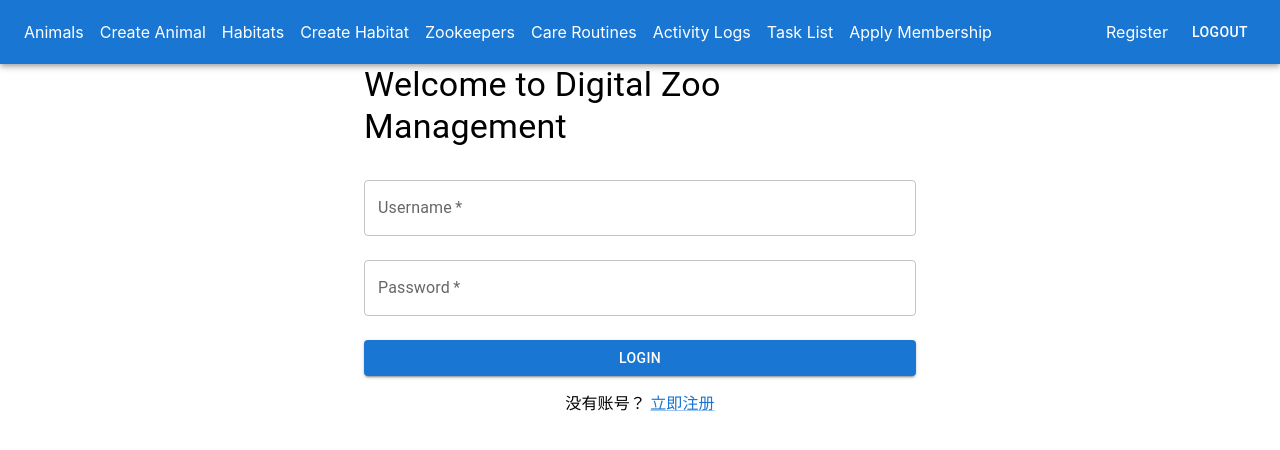
Repository: maomao7788/Digital-Zoo-Management1
Page: /zookeepers (app in frontend/)
These files come from the project's save history. The page is drawn as it stood at one moment and after the next save; the edit follows.
The browser window is 1280 px wide. The pictures show the whole page.
The project was rebuilt for these pictures with package versions that can differ from the ones it lists, and the page was loaded fresh each time. Also part of the build but not shown: frontend/src/pages/AnimalList.tsx, frontend/src/services/api.ts, frontend/src/pages/CreateAnimal.tsx, frontend/src/pages/Register.tsx, frontend/src/pages/ApplyMembership.tsx, frontend/src/pages/EditAnimal.tsx, frontend/src/pages/HabitatList.tsx, frontend/src/pages/CreateHabitat.tsx and 6 more.

Above is the page before, as saved 2025-03-10 14:04:39.

After the next save:
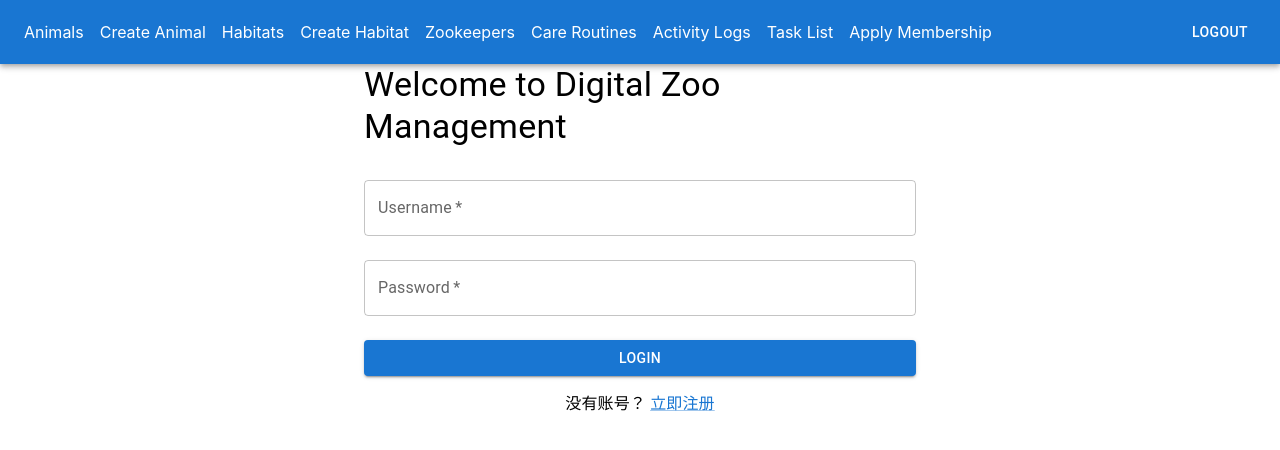
Saved 49 s later.
--- a/frontend/src/App.tsx
+++ b/frontend/src/App.tsx
@@ -106,7 +106,7 @@ function App() {
           <Link component={RouterLink} to="/apply-membership" color="inherit" underline="none" sx={{ mr: 2 }}>Apply Membership</Link>
 
           <Box sx={{ flexGrow: 1 }}></Box>
-          <Link component={RouterLink} to="/register" color="inherit" underline="none" sx={{ mr: 2 }}>Register</Link>
+          {/* <Link component={RouterLink} to="/register" color="inherit" underline="none" sx={{ mr: 2 }}>Register</Link> */}
           <Button color="inherit" onClick={handleLogout}>Logout</Button>
         </Toolbar>
       </AppBar>
